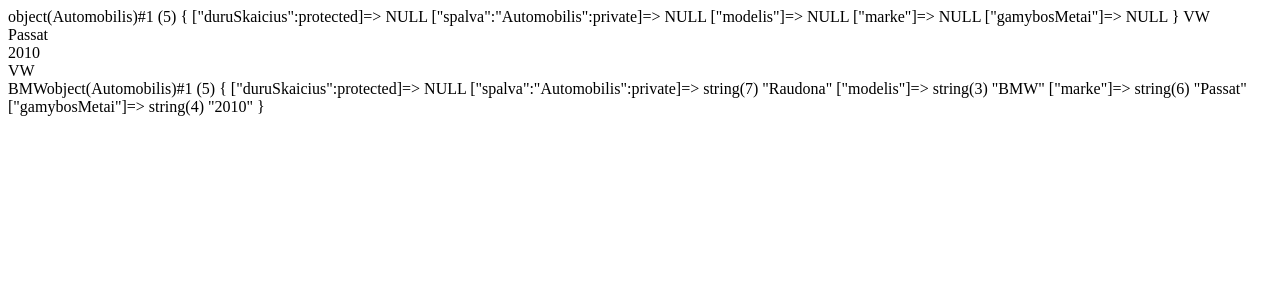
Repository: motiejus1/11-paskaita-PHP-05.31
Page: http://localhost/
The author's editor kept a copy of each file at every save. The page is drawn from the files as they stood at one save, then again after a run of saves.
The browser window is 1280 px wide. The pictures show the whole page.
The page is run by PHP 8.4 with error messages shown; the project is at /var/www/html/.

Above is the page before, as saved 2021-08-09 19:04:38.

After the next 3 saves:
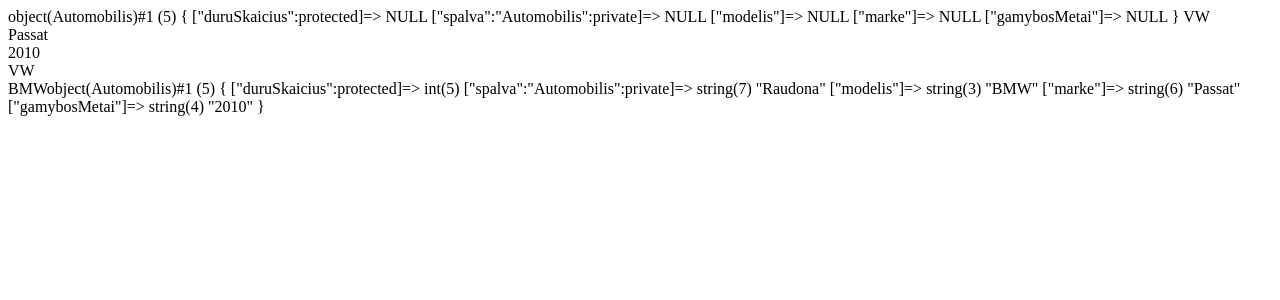
The 3 saves are shown as one change because they came seconds apart.
The last was saved 9 s later.
--- a/index.php
+++ b/index.php
@@ -38,7 +38,7 @@
             $this->marke = $b;
             $this->gamybosMetai = $c;
             $this->spalva = "Raudona";
-            $this->spalva = "Raudona";
+            $this->duruSkaicius = 5;
         }
     }
 
